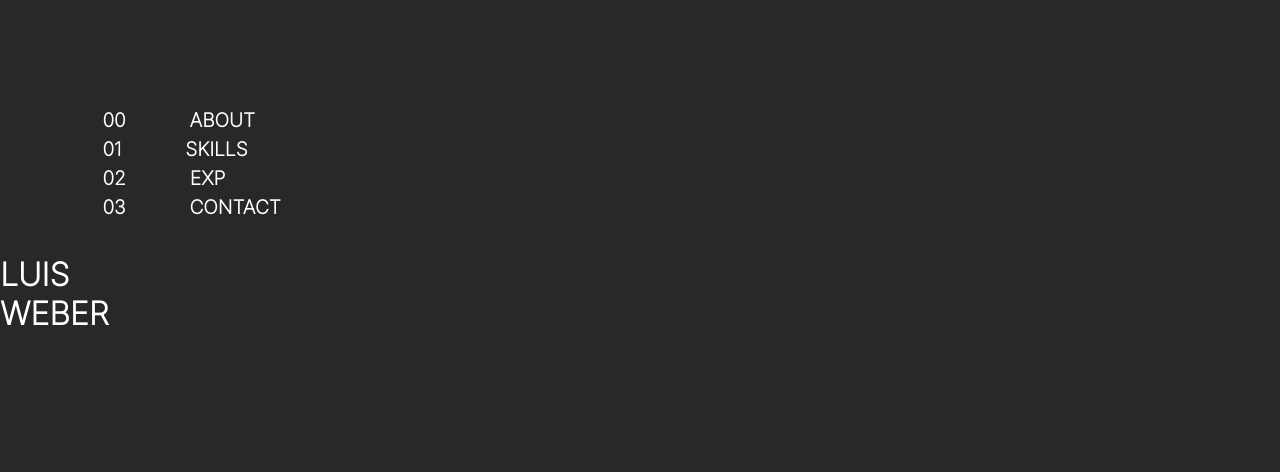
Repository: luiswh1/Portfolio
Page: /
An editor plug-in stored every save of this project. The page is shown before and after the next save, followed by the edit.
The browser window is 1280 px wide. The pictures show the whole page.
The project was rebuilt for these pictures with package versions that can differ from the ones it lists, and the page was loaded fresh each time.

Above is the page before, as saved 2023-05-25 19:43:52.

### public/index.html
<!DOCTYPE html>
<html lang="en">
  <head>
    <meta charset="utf-8" />
    <link rel="icon" href="%PUBLIC_URL%/favicon.ico" />
    <meta name="viewport" content="width=device-width, initial-scale=1" />
    <meta name="theme-color" content="#000000" />
    <meta
      name="description"
      content="Web site created using create-react-app"
    />
    <link rel="apple-touch-icon" href="%PUBLIC_URL%/logo192.png" />
    <!--
      manifest.json provides metadata used when your web app is installed on a
      user's mobile device or desktop. See https://developers.google.com/web/fundamentals/web-app-manifest/
    -->
    <link rel="manifest" href="%PUBLIC_URL%/manifest.json" />
    <!--
      Notice the use of %PUBLIC_URL% in the tags above.
      It will be replaced with the URL of the `public` folder during the build.
      Only files inside the `public` folder can be referenced from the HTML.

      Unlike "/favicon.ico" or "favicon.ico", "%PUBLIC_URL%/favicon.ico" will
      work correctly both with client-side routing and a non-root public URL.
      Learn how to configure a non-root public URL by running `npm run build`.
    -->

    <link rel="preconnect" href="https://fonts.googleapis.com">
    <link rel="preconnect" href="https://fonts.gstatic.com" crossorigin>
    <link href="https://fonts.googleapis.com/css2?family=Inter:wght@200&family=Poppins:wght@200;300&display=swap" rel="stylesheet">
    <title>React App</title>
  </head>
  <body>
    <noscript>You need to enable JavaScript to run this app.</noscript>
    <div id="root"></div>
    <!--
      This HTML file is a template.
      If you open it directly in the browser, you will see an empty page.

      You can add webfonts, meta tags, or analytics to this file.
      The build step will place the bundled scripts into the <body> tag.

      To begin the development, run `npm start` or `yarn start`.
      To create a production bundle, use `npm run build` or `yarn build`.
    -->
  </body>
</html>

### src/index.tsx
import React from 'react';
import ReactDOM from 'react-dom/client';
import App from './App';
import GlobalStyle from './styles/globalStyles';

const root = ReactDOM.createRoot(
  document.getElementById('root') as HTMLElement
);
root.render(
  <React.StrictMode>
    <GlobalStyle />
    <App />
  </React.StrictMode>
);

### src/App.tsx
import React from 'react';
import Home from './Pages/Home';

function App() {
  return (
   <Home />
  );
}

export default App;

### src/styles/globalStyles.tsx
import { createGlobalStyle } from 'styled-components'


const GlobalStyle = createGlobalStyle`
* {
    margin: 0;
    font-family: Inter;
  }

  html, body {
    height: 100%;
    background-color: #28282B;
    color: white;
  }

`

export default GlobalStyle

### src/Pages/Home.tsx
import React from "react";
import { Container, NameSection } from "./HomeStyles";
import IndexList from "../Components/IndexList/IndexList";

const Home = () => {
  return (
    <Container>
      <IndexList />
      <NameSection>
        <h1>LUIS</h1>
        <h1>WEBER</h1>
      </NameSection>
    </Container>
  );
};

export default Home;

### src/Pages/HomeStyles.tsx
import { styled } from "styled-components";

export const Container = styled.div`
width: 100%;
height: 100%;
overflow: auto;
`

export const NameSection = styled.div`
width: 100%;
height: 100%;
margin-top: 5vh;
`

### src/Components/IndexList/IndexList.tsx
import React from "react";
import { Sections, SectionItem } from "./IndexListStyles";

const IndexList = () => {
  return (
    <>
      <Sections>
        <SectionItem>
          <span>00</span>
          <span>ABOUT</span>
        </SectionItem>
        <SectionItem>
          <span>01</span>
          <span>SKILLS</span>
        </SectionItem>
        <SectionItem>
          <span>02</span>
          <span>EXP</span>
        </SectionItem>
        <SectionItem>
          <span>03</span>
          <span>CONTACT</span>
        </SectionItem>
      </Sections>
    </>
  );
};

export default IndexList;

### src/Components/IndexList/IndexListStyles.tsx
import { styled } from "styled-components";

export const Sections = styled.div`
margin-top: 15vh;
margin-left: 8vw;
`

export const SectionItem = styled.span`
color: white;
font-size: 1.2rem;
font-weight: bold;
display: block;
span:first-child {
    margin-right: 5vw;
  }
  margin-top: 5px;
`

After the next save:
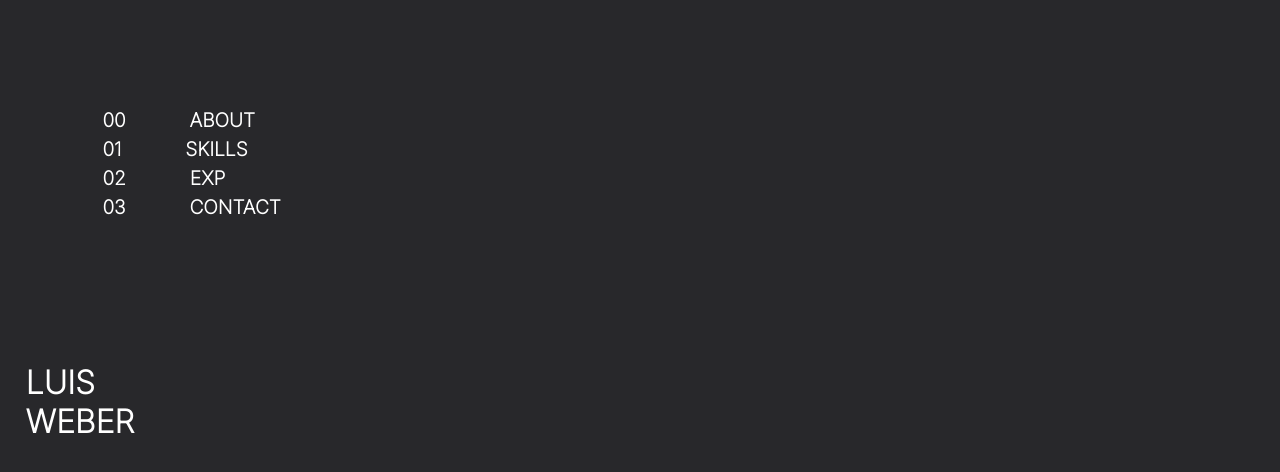
Saved 58 s later.
--- a/src/Pages/HomeStyles.tsx
+++ b/src/Pages/HomeStyles.tsx
@@ -9,5 +9,6 @@ overflow: auto;
 export const NameSection = styled.div`
 width: 100%;
 height: 100%;
-margin-top: 5vh;
+margin-top: 20vh;
+margin-left: 2vw;
 `
